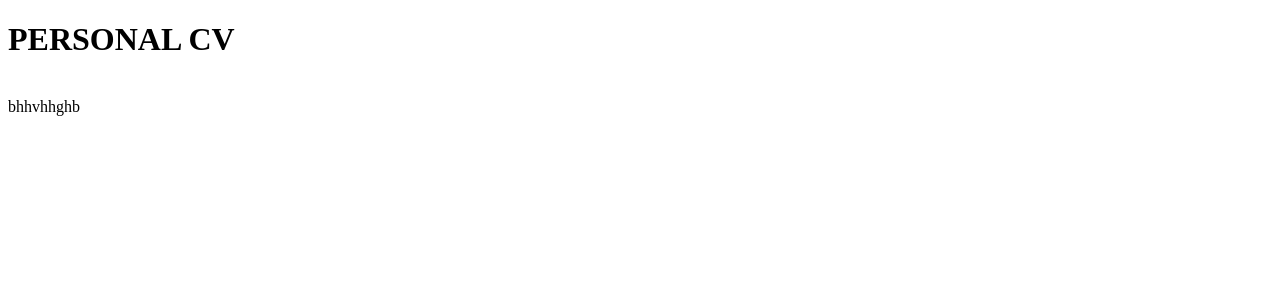
Repository: ChristhoferRisaldy/CVWeb
Page: web.html
The author's editor kept a copy of each file at every save. The page is drawn from the files as they stood at one save, then again after the next save.
The browser window is 1280 px wide. The pictures show the whole page.

Above is the page before, as saved 2025-02-21 19:24:34.

After the next save:
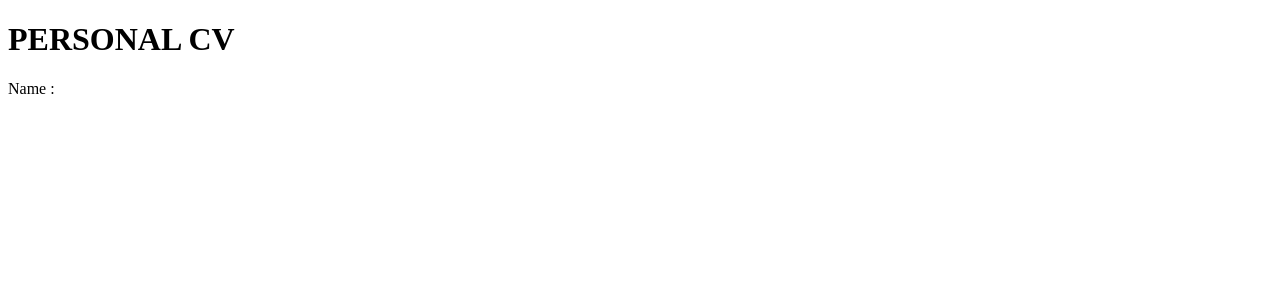
Saved 6 min 50 s later.
--- a/web.html
+++ b/web.html
@@ -1,6 +1,7 @@
 <!DOCTYPE html>
 <html>
     <body>
-        <h1>PERSONAL CV</h1><br>bhhvhhghb
+        <h1>PERSONAL CV</h1>
+        <p>Name : </p>
     </body>
 </html>
